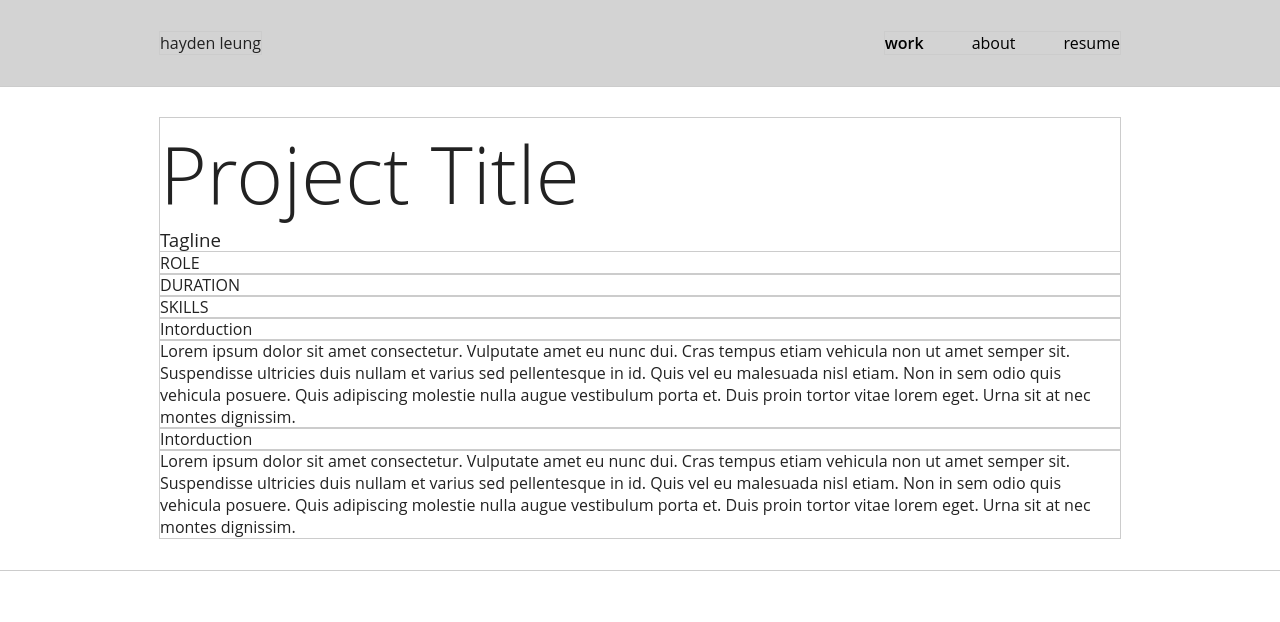
Repository: Haydenleung/Artifact
Page: /
The author's editor kept a copy of each file at every save. The page is drawn from the files as they stood at one save, then again after a run of saves.
The browser window is 1280 px wide. The pictures show the whole page.
The project was rebuilt for these pictures with package versions that can differ from the ones it lists, and the page was loaded fresh each time. The framework's server and built-in components were replaced by stand-ins that run in the browser. Also part of the build but not shown: next.config.mjs.

Above is the page before, as saved 2024-01-28 23:55:25.

After the next 2 saves:
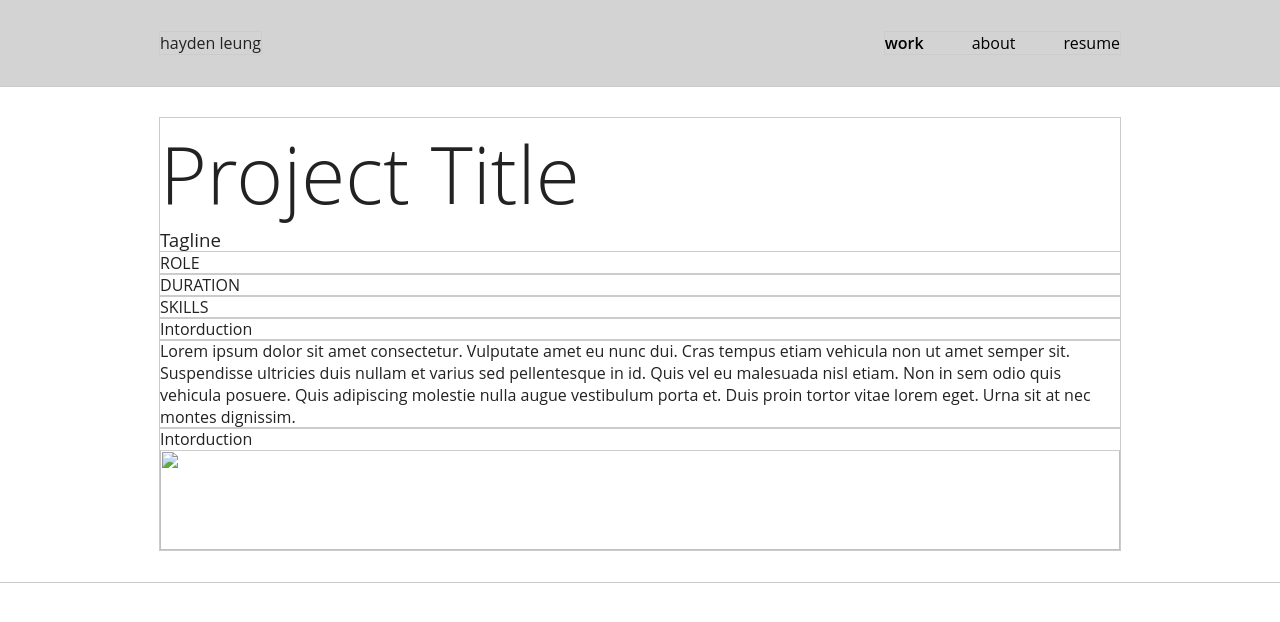
The 2 saves are shown as one change because 1 did not build or start.
The last was saved 35 s later.
--- a/src/components/CaseStudy/index.tsx
+++ b/src/components/CaseStudy/index.tsx
@@ -18,7 +18,7 @@ export default function CaseStudy() {
             </div>
             <div className={"process"}>
                 <div className={"processTitle"}>Intorduction</div>
-                <div className={"processBody"}>Lorem ipsum dolor sit amet consectetur. Vulputate amet eu nunc dui. Cras tempus etiam vehicula non ut amet semper sit. Suspendisse ultricies duis nullam et varius sed pellentesque in id. Quis vel eu malesuada nisl etiam. Non in sem odio quis vehicula posuere. Quis adipiscing molestie nulla augue vestibulum porta et. Duis proin tortor vitae lorem eget. Urna sit at nec montes dignissim.</div>
+                <Image src="/" alt="" width={100} height={100} />
             </div>
         </div>
     )
